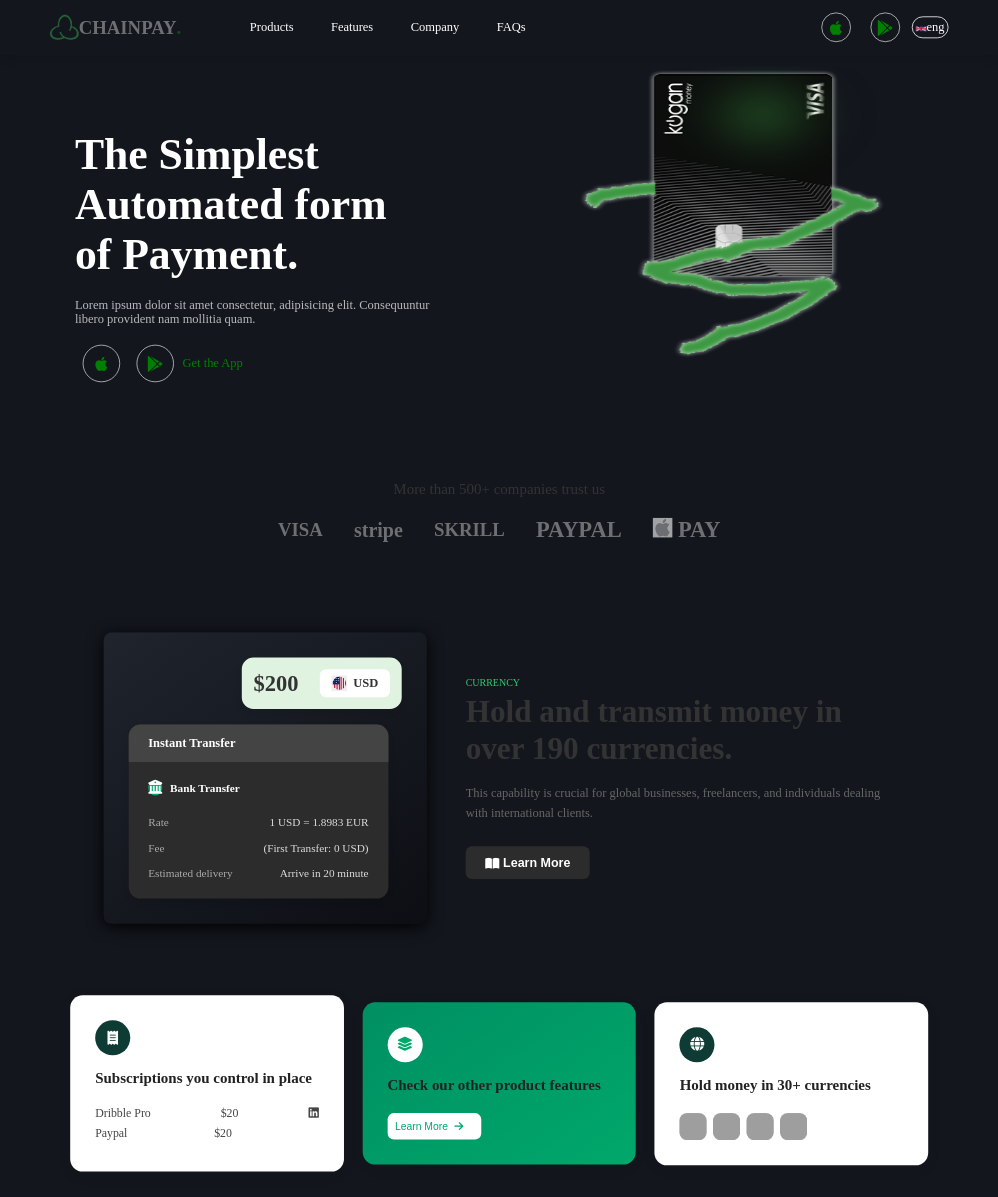
Repository: Austinokezie/Fintech-landing-page
Page: Chainpay.html
An editor plug-in stored every save of this project. The page is shown before and after the next save, followed by the edit.
The browser window is 1280 px wide. The pictures show the whole page, at 78% of full size.
Pictures or frames that could not be fetched are drawn as grey boxes. Some web libraries are served in a nearby version.

Above is the page before, as saved 2025-10-15 20:47:46.

### Chainpay.html
<!DOCTYPE html>
<html lang="en">
<head>
    <meta charset="UTF-8">
    <meta name="viewport" content="width=device-width, initial-scale=1.0">
    <title>Document</title>
    <link rel="stylesheet" href="./Chainpay.css">
    <script src="https://kit.fontawesome.com/988c5ad863.js" crossorigin="anonymous"></script>
</head>
<body>
    <nav>
        <div class="left">
            <div class="logo">
                <img src="./images/logo.png" alt="logo image">

                <span>Chainpay</span><span class="dot">.</span>

            </div>
            <ul class="links">
                <li class="link">Products</li>
                <li class="link">Features</li>
                <li class="link">Company</li>
                <li class="link">FAQs</li>

            </ul>
        </div>

        <div class="btn">
            <i class="fa-brands fa-apple"></i>
            <i class="fa-brands fa-google-play"></i>
            <div class="flag">
                <a href=""><img src="./images/Flag_of_the_United_Kingdom_(1-2).svg.png" alt="flag"><span>eng</span></a>


            </div>

        </div>
    </nav>
    <main>
        <div class="introsection">
            <h1>
                <p>The Simplest</p>
                <p>Automated form</p>
                <p>of Payment.</p>
            </h1>
            <p class="describe">Lorem ipsum dolor sit amet consectetur, adipisicing elit. Consequuntur libero provident nam mollitia quam.</p>
            <div class="btnicons">
                <i class="fa-brands fa-apple"></i>
                <i class="fa-brands fa-google-play"></i>
                <a href="#">Get the App</a>
            </div>
            <!-- <div>
                <button class="btn"> Get Started</button>
                <button class="btn"> Discover More</button>
            </div> -->
        </div>
        <div class="imagesection">
            <img src="./images/card.png" alt="">
        </div>
    </main>
   <section class="trust-section">
      <p class="trust-statement">More than 500+ companies trust us</p>
       <div class="payment-logos">
          <span class="logo visa">VISA</span>
          <span class="logo stripe">stripe</span>
          <span class="logo skrill">Skrill</span>
          <span class="logo paypal">PayPal</span>
          <span class="logo apple-pay"><img src="./images/Apple logo.jpg" alt=""> Pay</span>
        </div>
   </section>
    <section class="currency-feature-section">
            <div class="demo-section">
                <div class="input-card">
                    <span class="amount">$200</span>
                        <div class="currency-selector">
                            <img src="./images/USA FLAG2.jpeg" alt="US Flag" class="flag-icon">
                             <span class="currency-code">USD</span>

                        </div>
                </div>

                <div class="transfer-details-card">
                      <div class="card-header">
                         <span class="header-text">Instant Transfer</span>
                       </div>
                    <div class="transfer-info">
                        <div class="info-line bank-transfer">
                          <span class="icon "><i class="fa-solid fa-building-columns bank-icon"></i></span>
                         <span class="text">Bank Transfer</span>
                       </div>
                       <div class="info-line detail-row">
                          <span class="label">Rate</span>
                          <span class="value">1 USD = 1.8983 EUR</span>
                       </div>
                        <div class="info-line detail-row">
                          <span class="label">Fee</span>
                          <span class="value">(First Transfer: 0 USD)</span>
                       </div>
                       <div class="info-line detail-row">
                          <span class="label">Estimated delivery</span>
                         <span class="value">Arrive in 20 minute</span>
                        </div>
                   </div>
               </div>
            </div>

        <div class="content-section">
               <p class="tagline">Currency</p>
               <h2 class="headline">Hold and transmit money in over 190 currencies.</h2>
               <p class="description">This capability is crucial for global businesses, freelancers, and individuals dealing with international clients.</p>
               <button class="cta-button">
                  <span class="icon learn-icon"><i class="fa-solid fa-book-open"></i></span>
                   Learn More
               </button>
        </div>
    </section>

    <section class="features">
          <div class="card">
               <div class="card-icon">
                 <i class="fa-solid fa-receipt"></i>
                </div>
                <h3>Subscriptions you control in place</h3>
                <div class="card-footer">
                   <div class="item">
                      <span class="text">Dribble Pro</span>
                       <span class="amt">$20</span>
                       <span>
                            <i class="fa-brands fa-linkedin"></i>
                        </span>
                  </div>
                  <div class="item">
                      <span>Paypal</span>
                      <span>$20</span>
                      <span></span>
                   </div>
               </div>
           </div>

           <div class="card active">
               <div class="card-icon">
                  <i class="fa-solid fa-layer-group"></i>
                </div>
                <h3>Check our other product features</h3>
                <button class="learn-more">
                  Learn More <i class="fa-solid fa-arrow-right"></i>
               </button>
            </div>

           <div class="card">
               <div class="card-icon">
                 <i class="fa-solid fa-globe"></i>
               </div>
               <h3>Hold money in 30+ currencies</h3>
               <div class="flag-icons">
                  <img src="https://flagcdn.com/w40/gb.png" alt="UK">
                  <img src="https://flagcdn.com/w40/us.png" alt="US">
                  <img src="https://flagcdn.com/w40/ca.png" alt="Canada">
                  <img src="https://flagcdn.com/w40/eu.png" alt="EU">
              </div>
           </div>
    </section>
</body>
</html>

### Chainpay.css
*{
    margin: 0;
    padding: 0;

}
body{
    background-color: #13161d;
    color: white;
}
nav{
    display: flex;
    justify-content: space-between;
    padding: 16px 64px;
    box-shadow: 0 5px 12px rgba(0, 0, 0, 0.1);
}

nav .left {
    display: flex;
    gap: 4rem;
    align-items: center;
}

nav .logo{
    display: flex;
    align-items: center;

}
nav .logo span{
    font-size: 1.5rem;
    font-weight: bold;
    gap: 2px;

}
nav .logo .dot{
    color: green;
    font-size: 1.5rem;
}
nav .logo img{
    height: 32px;
}
nav .links{
    display: flex;
    list-style: none;

}
nav .links :hover{
    color: forestgreen;
}
nav .links .link{
    padding: 5px 1.5rem;
    font-weight: 500;
}
nav .btn{
    display: flex;
    align-items: center;
    gap: 5px;
}
nav .btn i{
    font-size: 1.3rem;
    background-color: rgba(2, green, blue, alpha);
    color: green;
    padding: .5rem .5rem;
    border: 1px solid #ccc;
    width: 20px;
    height: 20px;
    line-height: 20px;
    text-align: center;
    border-radius: 52px;
    margin:0 10px;
    cursor: pointer;

}
nav .btn .flag{
    display: flex;
    border: 1px solid;
    border-radius: 20px;
    padding: 4px 4px;

}

nav .btn .flag a{
    text-decoration: none;
}
nav .btn .flag img{
    width: .9rem;
    height: .4rem;
}
nav .btn .flag span{
    color: white;
}

main{
    display: flex;
    justify-content: center;
    padding: 1rem 6rem;

    gap: 2rem;
}
main .introsection{
    /* display: flex; */
    padding: 5rem 0;
    /* justify-content: center; */
}
main .introsection h1{
   font-size: 3.5rem;
}
main.introsection h1 p{
    font-size: 5rem;
}
.introsection .describe{
    font-size: 16px;
    opacity: .7;
    margin: 1.5rem 0;
    max-width: 80%;
}
main .imagesection img{
    width: 29rem;
    height: 27rem;
    /* margin-top: 30px; */
}
main .btnicons{
    display: flex;
    gap: 1px;
    align-items: center;
}
main .btnicons a{
    text-decoration: none;
    color: green;
}
main .btnicons i{
    font-size: 1.3rem;
    /* background-color: rgb(36, 17, 17); */
    padding: .5rem .5rem;
    color: green;
    border: 1px solid #ccc;
    width: 30px;
    height: 30px;
    line-height: 30px;
    text-align: center;
    border-radius: 52px;
    margin:0 10px;


}

/* =========================
   🌐 Services Highlight Section
   ========================= */

.trust-section {
    text-align: center;
    padding: 30px 15px;
    background-color: #13161d;
    color: white;
}

.trust-statement {
    font-size: 1.2rem;
    color: #333333; /* Darker text for the statement */
    margin-bottom: 25px;
}

.payment-logos {
    display: flex;
    justify-content: center;
    align-items: center;
    flex-wrap: wrap; /* Allows logos to wrap on smaller screens */
    gap: 40px; /* Space between logos */
}

.logo {
    font-size: 1.5rem;
    font-weight: bold;
    color: #aaaaaa; /* Faded/light gray color as seen in the image */
    text-transform: uppercase;
    opacity: 0.6; /* Slight transparency to enhance the faded look */
    /* Add a specific font-family if you want to match the logo typeface exactly */
}

/* Specific Logo adjustments (optional, to better mimic the logo styles) */
.visa {
    /* No major change needed */
}

.stripe {
    font-size: 1.6rem;
    text-transform: lowercase;
}

.skrill {
    /* No major change needed */
}

.paypal {
    font-size: 1.8rem;
}

.apple-pay {
    font-size: 1.8rem;
    /* The Apple logo  is used directly in the HTML */
}
.apple-pay img{
    width: 25px;
    height: 25px;
}


/* Base Styles */
.currency-feature-section {
    display: flex;
    justify-content: center;
    align-items: center;
    padding: 60px 5%;
    background-color: #13161d;
    color: white;
    font-family: serif;
    box-shadow: rgba(0, 0, 0, 0.1);
    margin-top: 25px;
}

/* --------------------
    Left Column: Demo Section Styling
-------------------- */
.demo-section {
    flex: 1;
    display: flex;
    flex-direction: column;
    gap: 20px;
    padding: 2rem;
    max-width: 350px; /* Limit size for better aesthetics */
    background: linear-gradient(145deg, #1f242d, #0c0e13);
    box-shadow: 0 4px 20px rgba(0, 0, 0, 10);
    border-radius: 10px;
}

/* Input Card */
.input-card {
    background-color: #e0f2e0; /* Lightest green for the card */
    padding: 15px 15px;
    border-radius: 15px;
    display: flex;
    justify-content: space-between;
    align-items: center;
    margin-left: auto;
    box-shadow: 0 4px 10px rgba(0, 0, 0, 0.05); /* Soft shadow */
    width: 50%; /* Smaller than the overall demo section */
}

.input-card .amount {
    font-size: 1.8rem;
    font-weight: bold;
    color: #333;
}

.currency-selector {
    display: flex;
    align-items: center;
    background-color: #fff; /* White background for selector */
    padding: 8px 15px;
    border-radius: 8px;
    font-weight: bold;
    cursor: pointer;
}

.flag-icon {
    width: 20px;
    height: 20px;
    margin-right: 8px;
    /* In a real scenario, you'd load the image */
    /* Placeholder for the flag */
    background-color: #003087; /* Just to show where the flag goes */
    /* border: 1px solid #ccc; */
}
.currency-code {
    color: #333;
}

/* Transfer Details Card */
.transfer-details-card {
    background-color: #2c2c2c; /* Dark background for this card */
    color: #ffffff;
    padding: 0;
    border-radius: 15px;
    box-shadow: 0 4px 10px rgba(0, 0, 0, 0.1);
    width: 95%; /* Wider than the input card */
}

.card-header {
    background-color: #444444; /* Darker header section */
    padding: 15px 25px;
    border-top-left-radius: 15px;
    border-top-right-radius: 15px;
}

.header-text {
    font-weight: bold;
    font-size: 1rem;
}

.transfer-info {
    padding: 15px 25px;
}

.info-line {
    display: flex;
    justify-content: space-between;
    padding: 8px 0;
    font-size: 0.9rem;
    color: #dddddd; /* Light text for details */
    gap: 10px;
}

.bank-transfer {
    justify-content: flex-start;
    align-items: center;
    font-weight: bold;
    color: #ffffff;
    margin-bottom: 10px;
}

.bank-icon {
    display: flex;
    align-items: center;
    width: 20p;
    height: 20px;
    background-color: #00a86b; /* Green circle icon color */
    border-radius: 50%;
    font-size: 18px;
    /* margin-right: 10px; */
    /* flex-shrink: 0; */

}
.bank-icon i{
    font-size: 18px;
    color: #00a86b;
    line-height: 1;
}

.detail-row .label {
    color: #aaaaaa; /* Lighter gray for labels */
}

.detail-row .value {
    text-align: right;
}

/* --------------------
    Right Column: Content Section Styling
-------------------- */
.content-section {
    flex: 1;
    max-width: 550px;
    padding-left: 50px;
    color: #f5f5dc;
}

.tagline {
    font-size: 0.8rem;
    color: #2ecc71;
    text-transform: uppercase;
    margin-bottom: 5px;
}

.headline {
    font-size: 2.5rem;
    font-weight: 900;
    line-height: 1.2;
    color: #333;
    margin: 0 0 20px 0;
}

.description {
    font-size: 1rem;
    line-height: 1.6;
    color: #666;
    margin-bottom: 30px;
}

.cta-button {
    background-color: #2c2c2c; /* Dark background for CTA */
    color: #ffffff;
    border: none;
    padding: 12px 25px;
    border-radius: 8px;
    font-size: 1rem;
    font-weight: bold;
    cursor: pointer;
    display: flex;
    align-items: center;
    transition: background-color 0.3s;
}

.cta-button:hover {
    background-color: #444444;
}

.learn-icon {
    width: 15px;
    height: 15px;
    /* background-color: #00a86b; Small green icon placeholder */
    border-radius: 3px;
    margin-right: 8px;
}

/* === Feature Section === */
.features {
  display: flex;
  justify-content: center;
  align-items: center;
  gap: 1.5rem;
  padding: 2rem;
  max-width: 1100px;
  flex-wrap: nowrap;
  margin: 0 auto;

}

/* === Card === */
.card {
  background: #fff;
  border-radius: 16px;
  padding: 2rem;
  width: 300px;
  box-shadow: 0 4px 20px rgba(0, 0, 0, 0.05);
  display: flex;
  flex-direction: column;
  justify-content: space-between;
  transition: transform 0.3s ease;
}

.card:hover {
  transform: translateY(-5px);
}

/* === Icon Circle === */
.card-icon {
  background-color: #0e3b33;
  color: #fff;
  width: 45px;
  height: 45px;
  border-radius: 50%;
  display: flex;
  align-items: center;
  justify-content: center;
  font-size: 18px;
  margin-bottom: 1.2rem;
}

/* === Card Headings === */
.card h3 {
  font-size: 1.2rem;
  margin-bottom: 1.5rem;
  color: #222;
}

/* === Active (Middle) Card === */
.card.active {
  background: linear-gradient(145deg, #008f62, #00a86b);
  color: #fff;
}

.card.active .card-icon {
  background-color: #fff;
  color: #00a86b;
}

/* === Learn More Button === */
.learn-more {
  margin-top: ;
  background-color: #fff;
  color: #00a86b;
  border: none;
  width: 120px;
  padding: 0.6rem 0.6rem ;
  border-radius: 8px;
  cursor: pointer;
  font-weight: 500;
  display: inline-flex;
  align-items: center;
  gap: 8px;
  transition: all 0.3s ease;
}

.learn-more:hover {
  background-color: #e8f6f0;
}

/* === Footer Items (First Card) === */
.card-footer .item {
  display: flex;
  justify-content: space-between;
  margin-bottom: 0.5rem;
  font-size: 0.95rem;
  color: #444;
}

/* === Flag Icons (Last Card) === */
.flag-icons {
  display: flex;
  gap: 0.5rem;
}

.flag-icons img {
  width: 35px;
  height: 35px;
  border-radius: 10px;
  object-fit: cover;
}



/* --------------------
    Media Queries
-------------------- */

/* Tablet View (Max-width: 768px) */
@media (max-width: 768px) {
    .trust-statement {
        font-size: 1.1rem;
        margin-bottom: 20px;
    }

    .payment-logos {
        gap: 30px; /* Reduce spacing between logos */
    }

    .logo {
        font-size: 1.4rem; /* Slightly smaller logos */
    }

    .stripe {
        font-size: 1.5rem;
    }

    .paypal,
    .apple-pay {
        font-size: 1.7rem;
    }
}

/* Mobile View (Max-width: 480px) */
@media (max-width: 480px) {
    .trust-section {
        padding: 20px 10px;
    }

    .trust-statement {
        font-size: 1rem;
        margin-bottom: 15px;
    }

    .payment-logos {
        gap: 20px 30px; /* Vertical and horizontal gap */
        /* Logos might wrap to a new line on very small screens */
    }

    .logo {
        font-size: 1.2rem; /* Smaller logos for mobile */
    }

    .stripe {
        font-size: 1.3rem;
    }

    .paypal,
    .apple-pay {
        font-size: 1.5rem;
    }
}


/* Tablet View (Max-width: 768px) */
@media (max-width: 768px) {
    .currency-feature-section {
        flex-direction: column; /* Stack columns vertically */
        padding: 40px 5%;
    }

    .demo-section {
        padding-right: 0;
        margin-bottom: 30px;
        width: 100%;
        max-width: none;
        align-items: center; /* Center the cards */
    }

    .input-card {
        width: 70%;
        max-width: 350px;
    }

    .transfer-details-card {
        width: 80%;
        max-width: 400px;
    }

    .content-section {
        padding-left: 0;
        text-align: center; /* Center align text */
        max-width: 100%;
    }

    .headline {
        font-size: 2rem;
    }

    .cta-button {
        margin: 0 auto; /* Center the button */
    }
}

/* Mobile View (Max-width: 480px) */
@media (max-width: 480px) {
    .currency-feature-section {
        padding: 30px 4%;
    }

    .headline {
        font-size: 1.7rem;
    }

    .description {
        font-size: 0.9rem;
    }

    .input-card {
        width: 100%; /* Full width for smaller screens */
        max-width: none;
        padding: 15px 20px;
    }

    .input-card .amount {
        font-size: 1.5rem;
    }

    .currency-selector {
        padding: 6px 10px;
    }

    .transfer-details-card {
        width: 95%; /* Keep it slightly narrower than full width */
        max-width: none;
    }

    .info-line {
        font-size: 0.85rem;
    }
}

After the next save:
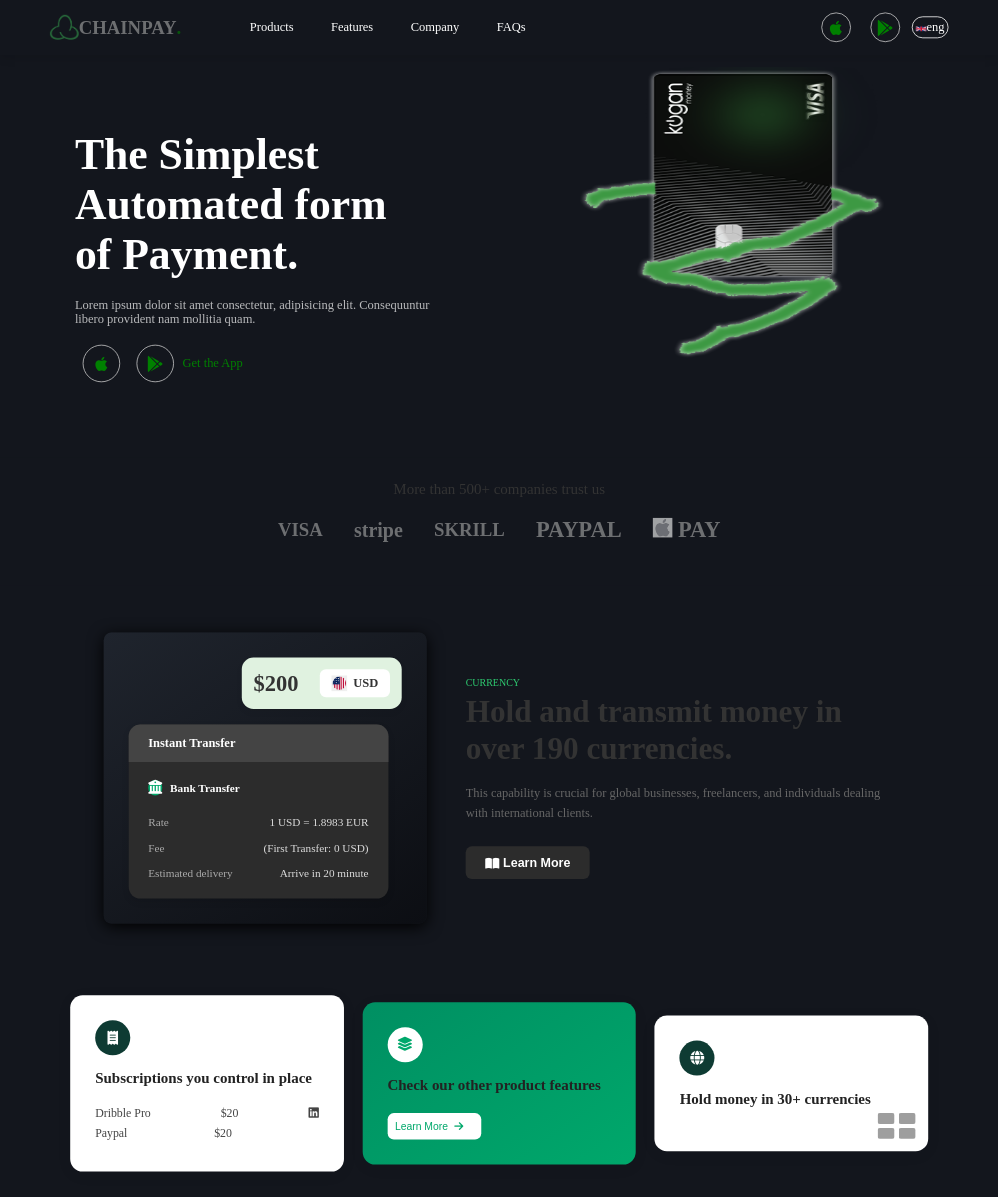
Saved 11 min 15 s later.
--- a/Chainpay.css
+++ b/Chainpay.css
@@ -426,6 +426,7 @@
   flex-direction: column;
   justify-content: space-between;
   transition: transform 0.3s ease;
+  position: relative;
 }
 
 .card:hover {
@@ -444,6 +445,7 @@
   justify-content: center;
   font-size: 18px;
   margin-bottom: 1.2rem;
+
 }
 
 /* === Card Headings === */
@@ -496,14 +498,18 @@
 
 /* === Flag Icons (Last Card) === */
 .flag-icons {
-  display: flex;
-  gap: 0.5rem;
+    position: absolute;
+    bottom: 1rem;
+    right: 1rem;
+    display: grid;
+    grid-template-columns: repeat(2, 1fr);
+    gap: 0.3rem;
 }
 
 .flag-icons img {
-  width: 35px;
-  height: 35px;
-  border-radius: 10px;
+  width: 22px;
+  height: 14px;
+  border-radius: 3px;
   object-fit: cover;
 }
 
